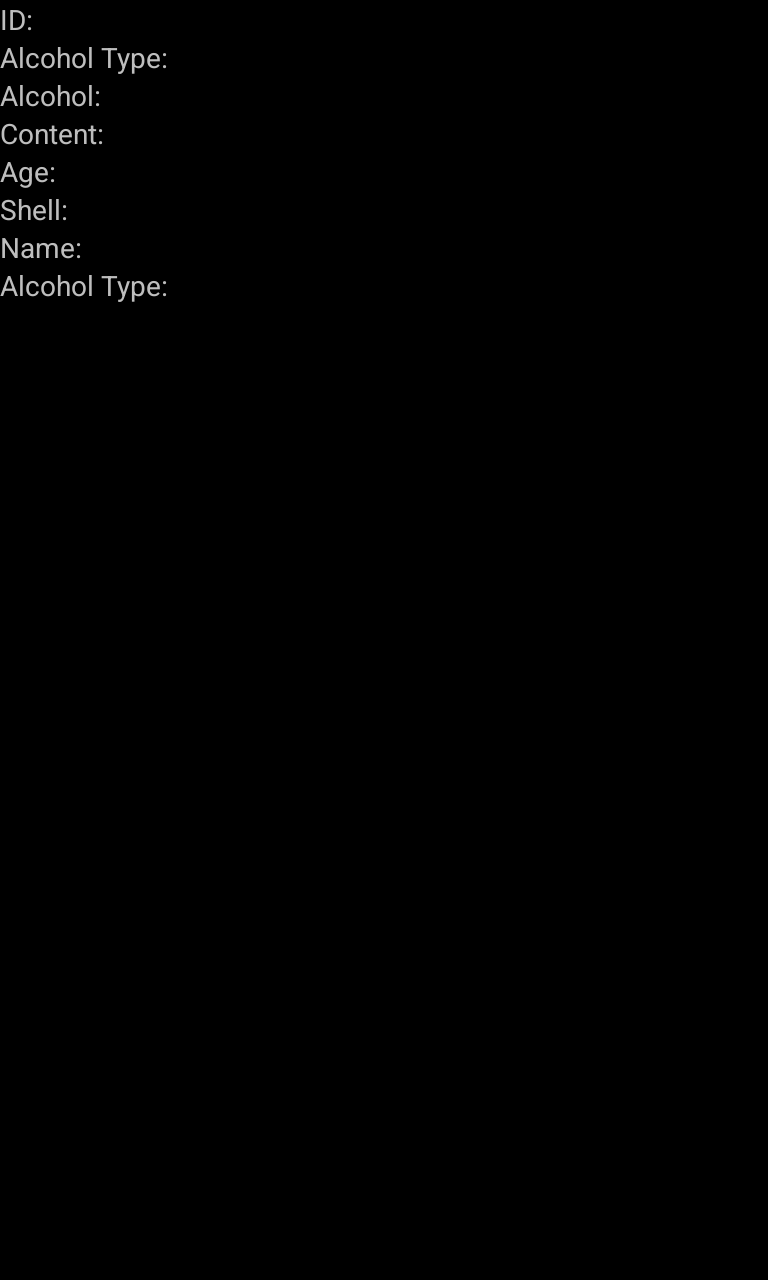
Repository: blagozlatev/Search-Rater
Layout: Catalog-Android-Client/res/layout/show_bottle_layout.xml
The author's editor kept a copy of each file at every save. The layout is drawn from the files as they stood at one save, then again after a run of saves.
It is drawn on a 768 x 1280 px phone screen (xhdpi) without system bars, with theme android:Theme; the app's code is not run.

Above is the layout before, as saved 2013-03-17 06:45:58.

### Catalog-Android-Client/res/layout/show_bottle_layout.xml
<?xml version="1.0" encoding="utf-8"?>
<ScrollView xmlns:android="http://schemas.android.com/apk/res/android"
    xmlns:tools="http://schemas.android.com/tools"
    android:layout_width="match_parent"
    android:layout_height="match_parent"
    android:orientation="vertical" >

    <TableLayout
        android:layout_width="match_parent"
        android:layout_height="wrap_content"
        android:orientation="vertical"
        android:shrinkColumns="0"
        tools:ignore="SelectableText" >

        <TableRow
            android:layout_width="match_parent"
            android:layout_height="wrap_content" >

            <TextView
                android:layout_width="wrap_content"
                android:layout_height="wrap_content"
                android:text="@string/id_" />

            <TextView
                android:id="@+id/txtViewId"
                android:layout_width="match_parent"
                android:layout_height="wrap_content"
                android:textColor="#528B8B" />
        </TableRow>

        <TableRow
            android:layout_width="match_parent"
            android:layout_height="wrap_content" >

            <TextView
                android:layout_width="wrap_content"
                android:layout_height="wrap_content"
                android:text="@string/alcohol_type_" />

            <TextView
                android:id="@+id/txtViewAlcoholType"
                android:layout_width="match_parent"
                android:layout_height="wrap_content" />
        </TableRow>

        <TableRow
            android:layout_width="match_parent"
            android:layout_height="wrap_content" >

            <TextView
                android:layout_width="wrap_content"
                android:layout_height="wrap_content"
                android:text="@string/alcohol_" />

            <TextView
                android:id="@+id/txtViewAlcohol"
                android:layout_width="match_parent"
                android:layout_height="wrap_content" />
        </TableRow>

        <TableRow
            android:layout_width="match_parent"
            android:layout_height="wrap_content" >

            <TextView
                android:layout_width="wrap_content"
                android:layout_height="wrap_content"
                android:text="@string/content_" />

            <TextView
                android:id="@+id/txtViewContent"
                android:layout_width="match_parent"
                android:layout_height="wrap_content" />
        </TableRow>

        <TableRow
            android:layout_width="match_parent"
            android:layout_height="wrap_content" >

            <TextView
                android:layout_width="wrap_content"
                android:layout_height="wrap_content"
                android:text="@string/age_" />

            <TextView
                android:id="@+id/txtViewAge"
                android:layout_width="match_parent"
                android:layout_height="wrap_content" />
        </TableRow>

        <TableRow
            android:layout_width="match_parent"
            android:layout_height="wrap_content" >

            <TextView
                android:layout_width="wrap_content"
                android:layout_height="wrap_content"
                android:text="@string/shell_" />

            <TextView
                android:id="@+id/txtViewShell"
                android:layout_width="match_parent"
                android:layout_height="wrap_content" />
        </TableRow>

        <TableRow
            android:layout_width="match_parent"
            android:layout_height="wrap_content" >

            <TextView
                android:layout_width="wrap_content"
                android:layout_height="wrap_content"
                android:text="@string/name_" />

            <TextView
                android:id="@+id/txtViewName"
                android:layout_width="match_parent"
                android:layout_height="wrap_content" />
        </TableRow>

        <TableRow
            android:layout_width="match_parent"
            android:layout_height="wrap_content" >

            <TextView
                android:layout_width="wrap_content"
                android:layout_height="wrap_content"
                android:text="@string/alcohol_type_" />

            <TextView
                android:id="@+id/txtViewShape"
                android:layout_width="match_parent"
                android:layout_height="wrap_content" />
        </TableRow>

        <TableRow
            android:layout_width="match_parent"
            android:layout_height="wrap_content" >

            <TextView
                android:id="@+id/txtViewColour"
                android:layout_width="match_parent"
                android:layout_height="wrap_content" />
        </TableRow>

        <TableRow
            android:layout_width="match_parent"
            android:layout_height="wrap_content" >

            <TextView
                android:id="@+id/txtViewMaterial"
                android:layout_width="match_parent"
                android:layout_height="wrap_content" />
        </TableRow>

        <TableRow
            android:layout_width="match_parent"
            android:layout_height="wrap_content" >

            <TextView
                android:id="@+id/txtViewManufacturer"
                android:layout_width="match_parent"
                android:layout_height="wrap_content" />
        </TableRow>

        <TableRow
            android:layout_width="match_parent"
            android:layout_height="wrap_content" >

            <TextView
                android:id="@+id/txtViewCity"
                android:layout_width="match_parent"
                android:layout_height="wrap_content" />
        </TableRow>

        <TableRow
            android:layout_width="match_parent"
            android:layout_height="wrap_content" >

            <TextView
                android:id="@+id/txtViewCountry"
                android:layout_width="match_parent"
                android:layout_height="wrap_content" />
        </TableRow>

        <TableRow
            android:layout_width="match_parent"
            android:layout_height="wrap_content" >

            <TextView
                android:id="@+id/txtViewNote"
                android:layout_width="match_parent"
                android:layout_height="wrap_content"
                android:scrollHorizontally="false"
                android:singleLine="false" />
        </TableRow>

        <TableRow
            android:layout_width="match_parent"
            android:layout_height="wrap_content" >

            <TextView
                android:id="@+id/txtViewContinent"
                android:layout_width="match_parent"
                android:layout_height="wrap_content" />
        </TableRow>

        <ImageView
            android:id="@+id/imgShowBottleImage"
            android:layout_width="match_parent"
            android:layout_height="match_parent"
            android:adjustViewBounds="true"
            android:contentDescription="@string/bottle_image"
            android:scaleType="centerInside" />
    </TableLayout>

</ScrollView>

### Catalog-Android-Client/res/values/strings.xml
<resources>

    <string name="app_name">Miniature Bottles</string>
    <string name="add_bottle">Add Bottle</string>
    <string name="show_bottle">Show Bottle</string>
    <string name="show_all_bottles">Show All Bottles</string>
    <string name="select_image">Select Image</string>
    <string name="continent">Continent</string>
    <string name="note">Note</string>
    <string name="manufacturer">Manufacturer</string>
    <string name="country">Country</string>
    <string name="city">City</string>
    <string name="material">Material</string>
    <string name="colour">Colour</string>
    <string name="shape">Shape</string>
    <string name="name">Name</string>
    <string name="shell">Shell</string>
    <string name="age">Age</string>
    <string name="content">Content</string>
    <string name="alcohol">Alcohol</string>
    <string name="alcohol_type">Alcohol Type</string>
    <string name="id">ID</string>
    <string name="bottle_image">Bottle Image</string>
    <string name="send_bottle">Send Bottle</string>
    <string name="clear_fields">Clear Fields</string>
    <string name="zero">0</string>
    <string name="one">1</string>
    <string name="url_web_app">http://bottlewebapp.apphb.com/Serialized/Post</string>
    <string name="error">Error!</string>
    <string name="parse_error_message">Age or ID is not a number!</string>
    <string name="ok">OK</string>
    <string name="server_error">Server Error!</string>
    <string name="bottle_add_failed">Bottle was NOT added successfully!</string>
    <string name="add_successful">Successful!</string>
    <string name="bottle_add_succeed">Bottle was added successfully!</string>
    <string name="sending">Sending!</string>
    <string name="sending_message">Sending to server!</string>
    <string name="select_image_intent_type">image/*</string>
    <string name="cancel">Cancel</string>
    <string name="enter_bottle_id">Enter bottle ID!</string>
    <string name="please_enter_bottle_id">Please enter bottle ID.</string>
    <string name="please_wait">Please wait!</string>
    <string name="getting_bottle_info">Getting bottle info!</string>
    <string name="url_get_bottle">http://bottlewebapp.apphb.com/Serialized/Index/</string>
    <string name="url_get_bottle_image">http://bottlewebapp.apphb.com/Serialized/GetImageBase/</string>
    <string name="bottleid">BottleID</string>
    <string name="no_bottle">No bottle was get.</string>
    <string name="id_">"ID: "</string>
    <string name="alcohol_type_">"Alcohol Type: "</string>
    <string name="alcohol_">"Alcohol: "</string>
    <string name="content_">"Content: "</string>
    <string name="age_">"Age: "</string>
    <string name="shell_">"Shell: "</string>
    <string name="name_">"Name: "</string>

</resources>

After the next 2 saves:
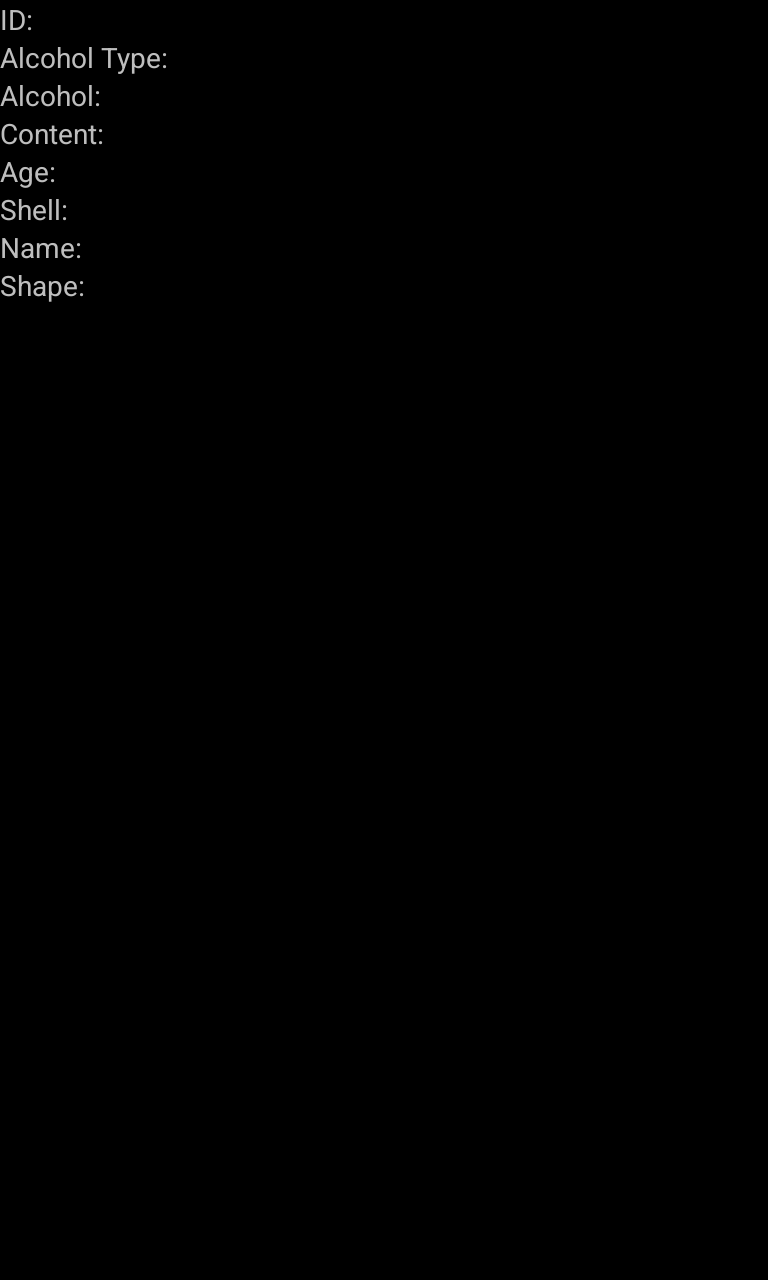
The 2 saves are shown as one change because they came seconds apart.
The last was saved 32 s later.
--- a/Catalog-Android-Client/res/layout/show_bottle_layout.xml
+++ b/Catalog-Android-Client/res/layout/show_bottle_layout.xml
@@ -125,7 +125,7 @@
             <TextView
                 android:layout_width="wrap_content"
                 android:layout_height="wrap_content"
-                android:text="@string/alcohol_type_" />
+                android:text="@string/shape_" />
 
             <TextView
                 android:id="@+id/txtViewShape"
--- a/Catalog-Android-Client/res/values/strings.xml
+++ b/Catalog-Android-Client/res/values/strings.xml
@@ -52,5 +52,6 @@
     <string name="age_">"Age: "</string>
     <string name="shell_">"Shell: "</string>
     <string name="name_">"Name: "</string>
+    <string name="shape_">"Shape: "</string>
 
 </resources>
